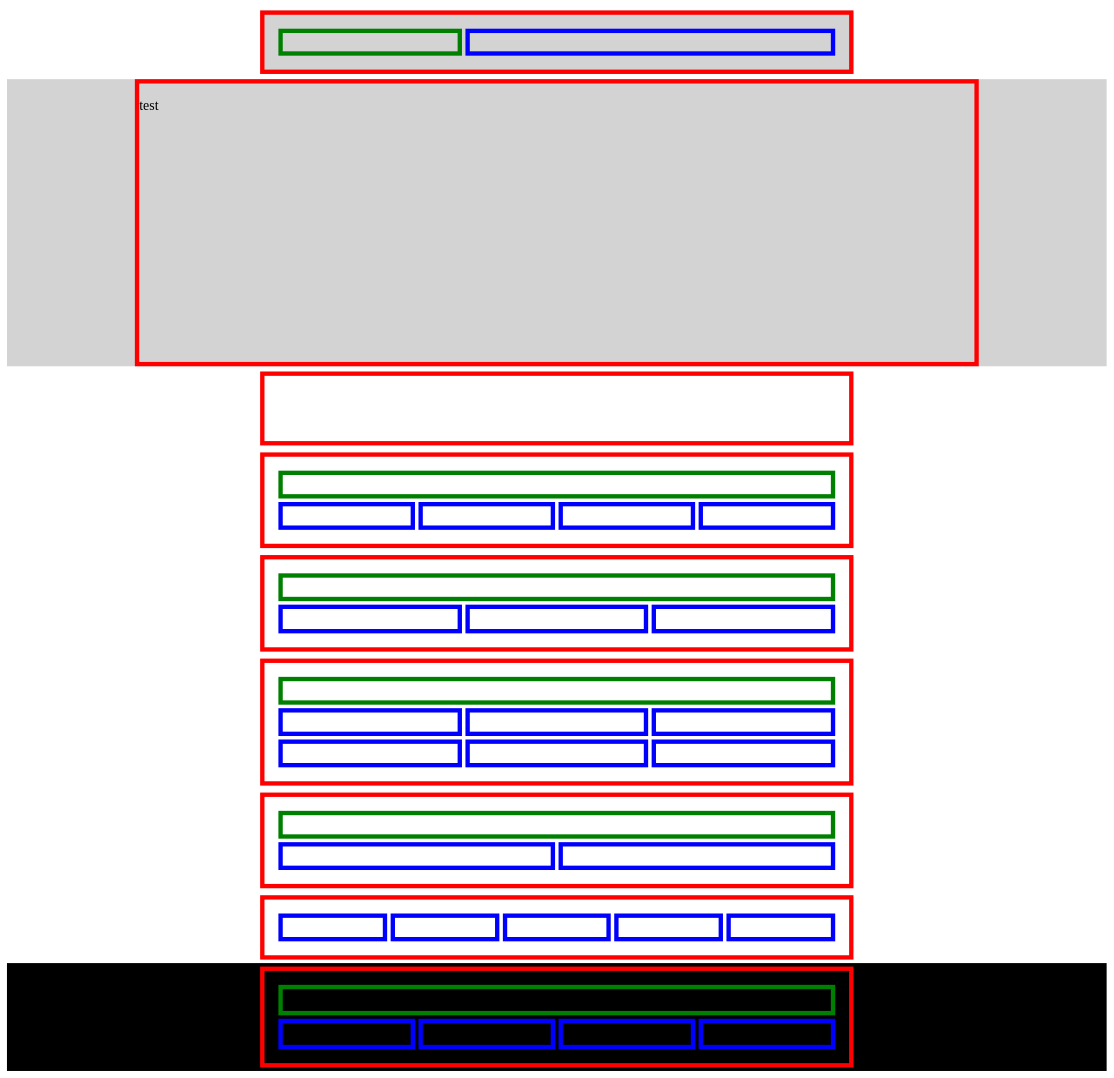
Repository: anderscederberg11/LAB2BG
Page: index.html
An editor plug-in stored every save of this project. The page is shown before and after the next save, followed by the edit.
The browser window is 1280 px wide. The pictures show the whole page, at 87% of full size.

Above is the page before, as saved 2024-01-30 22:58:25.

After the next save:
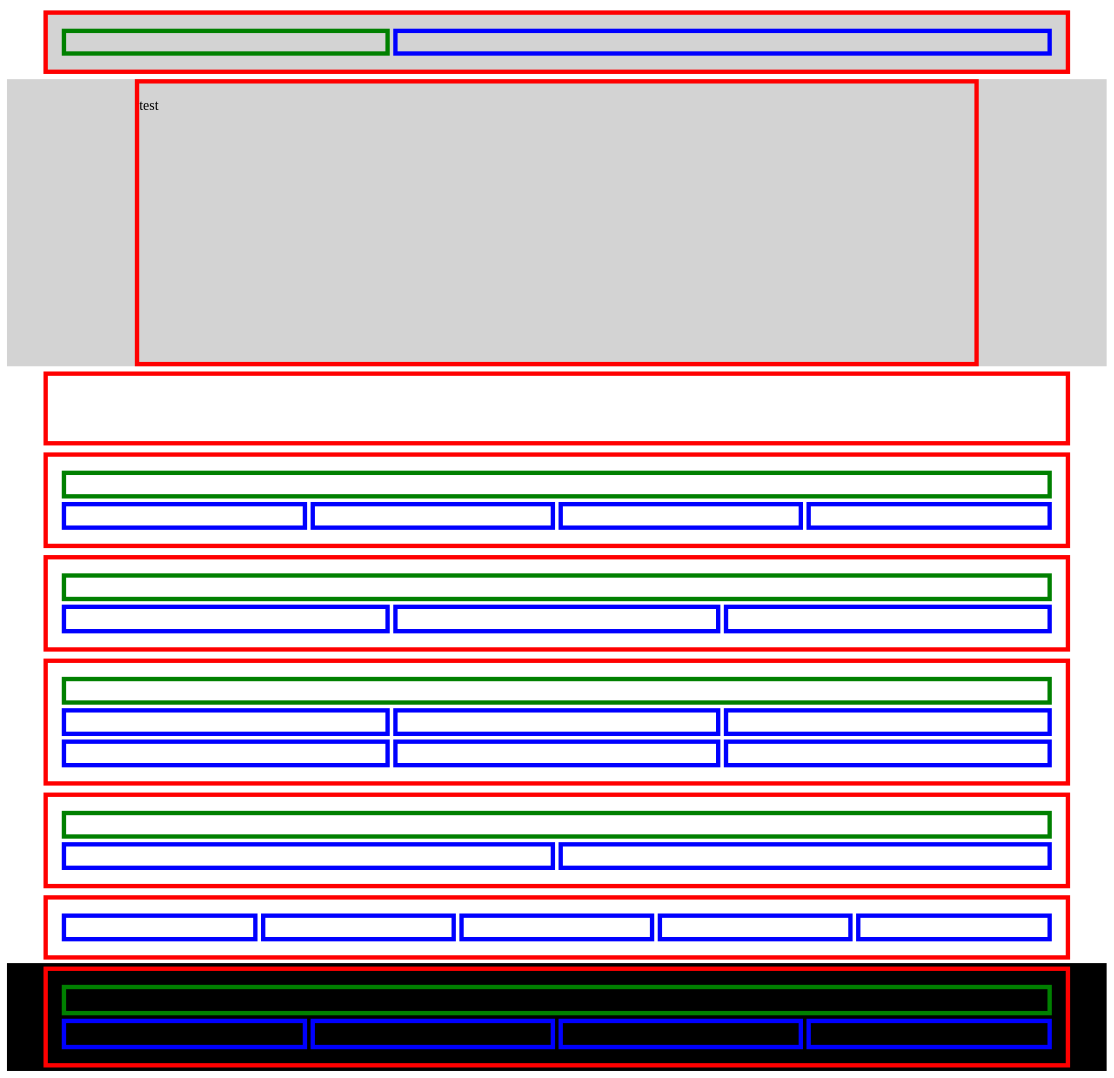
Saved 3 min 53 s later.
--- a/css/style.css
+++ b/css/style.css
@@ -44,7 +44,8 @@
 
 .headerContainer, .sectionTwo, .sectionThree, .sectionFour, .sectionFive, .sectionSix, .sectionSeven, .sectionFooter{
   display:grid;
-  width:50vw;
+  width:90%;
+  min-width: none;
   grid-gap:0.25em;
   padding:1em;
   margin:0.25em;
